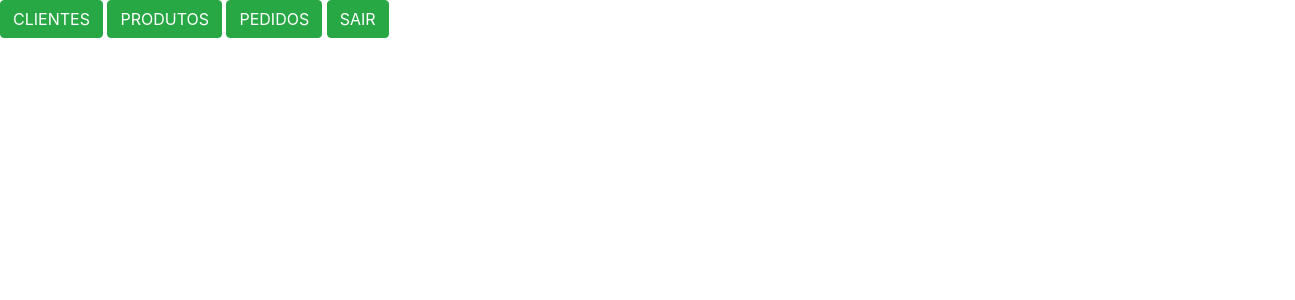
Repository: adrielwerlich/aulas_webdev_sistemasdeinfo
Page: http://localhost/
These files come from the project's save history. The page is drawn as it stood at one moment and after the next save; the edit follows.
The browser window is 1280 px wide. The page is 1280 px wide, then 1295 px, so the pictures cover 1295 px, including what lies to the right of the window. The pictures show the whole page.
The page is run by PHP 8.4 with error messages shown; the project is at /var/www/html/.

Above is the page before, as saved 2019-03-15 19:52:43.

After the next save:
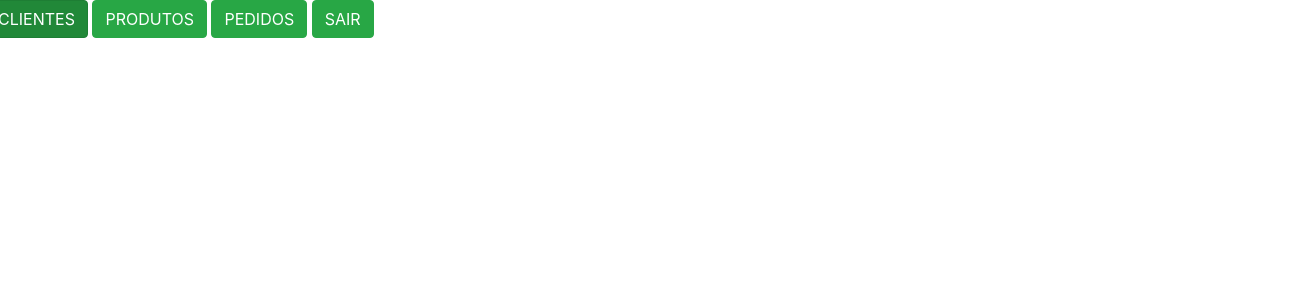
Saved 50 s later.
--- a/index.php
+++ b/index.php
@@ -9,12 +9,16 @@
 <body>
 
  <div id="header">
+ <div class="content">
+ <div class="row">
  <form action="#" method="post">
   <button class="btn btn-success" name="clientes" type="submit">CLIENTES</button>
   <button class="btn btn-success" name="produtos" type="submit">PRODUTOS</button>
   <button class="btn btn-success" name="pedidos" type="submit">PEDIDOS</button>
   <button class="btn btn-success" name="sair" type="submit">SAIR</button>
  </form>
+ </div>
+ </div>
  </div>
 
  <div id="middle-content">
